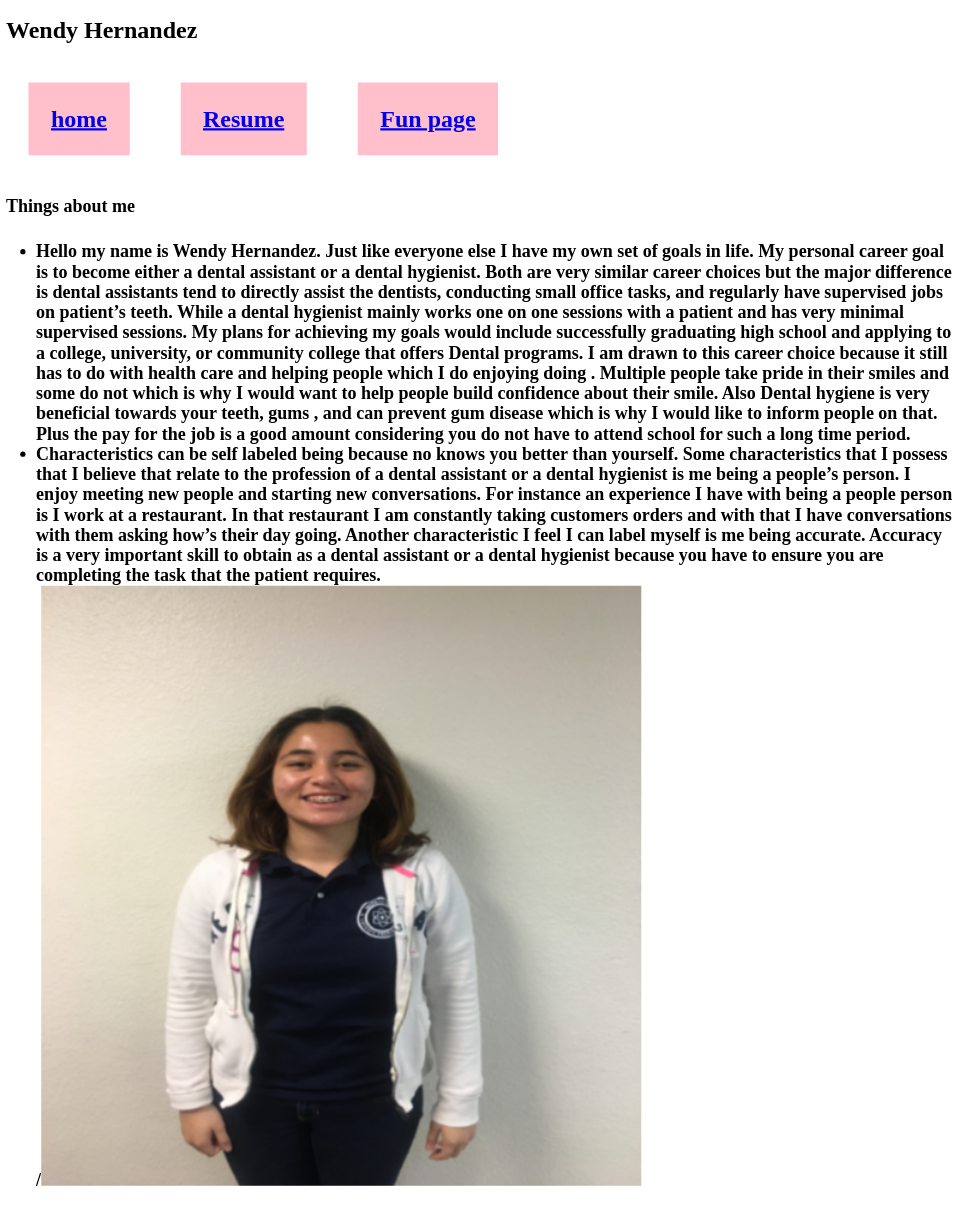
Repository: wendy2312/wendy2312.github.io
Page: AboutMe.html
The author's editor kept a record of every edit. The page is drawn from the files as they stood at one moment, then again after the next edit.
The browser window is 1280 px wide. The pictures show the whole page, at 75% of full size.

Above is the page before.

### AboutMe.html
<!DOCTYPE html>
<html>
        <head>
        <link rel="stylesheet"
        href="https://fonts.googleapis.com/css?family=Poiret+One">
        <link rel="stylesheet" type="text/css" href="style.css">
        <title>wendy's website</title>
    </head>
        <header>
    <h1>Wendy Hernandez <h1>
    <a href="index.html" class="link">home</a>
    <a href="Resume.html" class="link">Resume</a>
    <a href="Funpage.html" class="link">Fun page</a>
    </header>
    <body>



        <h2>
        <p>Things about me</p>
        <ul>

  <table>
    <tr>
      <th></th>
      <th></th>
      <th></th>
    </tr>
    <tr>
      <td></td>
      <td></td>
      <td></td>
    </tr>
  </table>

            <li>Hello my name is Wendy Hernandez. Just like everyone else I have my own set of goals in life.
 My personal career goal is to become either a dental assistant or a dental hygienist. Both are very similar career choices but the major difference is dental assistants tend to directly assist the dentists, conducting small office tasks, and regularly have supervised jobs on patient’s teeth. While a dental hygienist mainly works one on one sessions with a patient and has very minimal supervised sessions. My plans for achieving my goals would include successfully graduating high school and applying to a college, university, or community college that offers Dental programs. I am drawn to this career choice because it still has to do with health care and helping people which I do enjoying doing . Multiple people take pride in their  smiles and some do not which is why I would want to help people build confidence about their smile. Also Dental hygiene is very beneficial towards your  teeth, gums , and can prevent gum disease which is why I would like to inform people on that. Plus the pay for the job is a good amount considering you do  not have  to attend school for such a long time period.

<li> Characteristics can be self labeled being because no knows you better than yourself. Some characteristics that I possess that I believe that relate to the profession of a dental assistant or a dental hygienist is me being a people’s person. I enjoy meeting new people and starting new conversations. For instance an experience I have with being a people  person is I work at a restaurant. In that restaurant I am constantly  taking customers orders and with that I have conversations with them asking how’s their day going. Another characteristic I feel I can label myself is me being accurate. Accuracy is a very important skill to obtain as a dental assistant or a dental hygienist because you have to ensure you are completing the task that the patient requires.</li>





<style type="text/css">

</style>
 /<img class = "mypic" src="SAT Pic.JPG"></img>




    </body>
</html>

### style.css
a {
    display: inline-block;
    padding: 30px;
    margin: 30px;
    background-color: pink;
}

p {
    font-family: Cursive;
}

.name {
    font-family: Helvetica;
    font-size: 40px;
    text-align: center;
    margin: 20px;
}

.nav {
        text-align: center;
}


.nav a {
    padding: 10px 20px;
    margin: 10px;
    background-color:	#ffffff;
    font-size: 18px;
    border-radius: 8px;
}


 .column {
    float: left;
    width: 50%;
    padding: 10px;
    height: 300px;

        </style>="width:700px;height:600px;"

After the next edit:
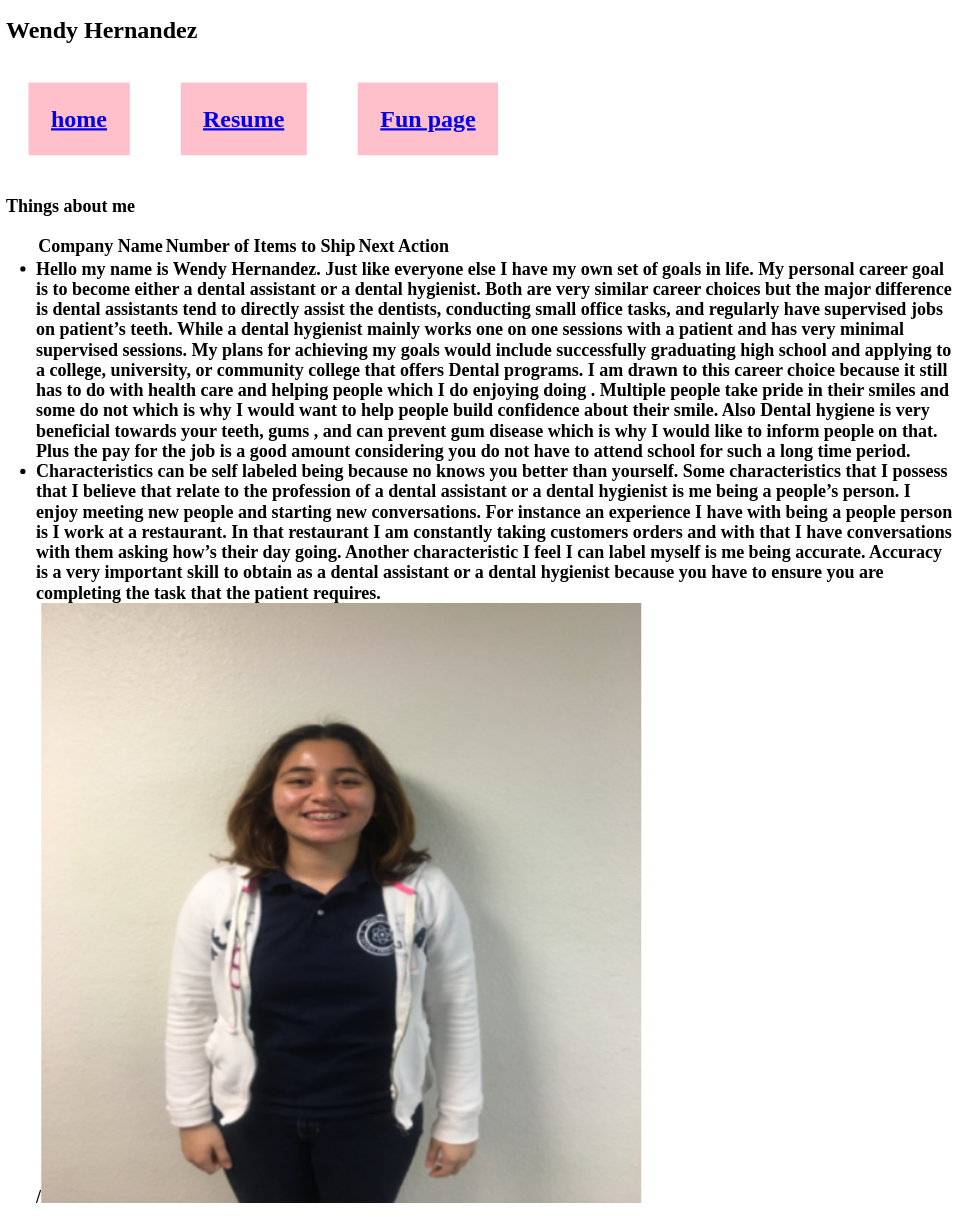
The edit:
--- a/AboutMe.html
+++ b/AboutMe.html
@@ -20,17 +20,13 @@
         <p>Things about me</p>
         <ul>
 
+
   <table>
     <tr>
-      <th></th>
-      <th></th>
-      <th></th>
-    </tr>
-    <tr>
-      <td></td>
-      <td></td>
-      <td></td>
-    </tr>
+      <th>Company Name</th>
+      <th>Number of Items to Ship</th>
+      <th>Next Action</th>
+
   </table>
 
             <li>Hello my name is Wendy Hernandez. Just like everyone else I have my own set of goals in life.
